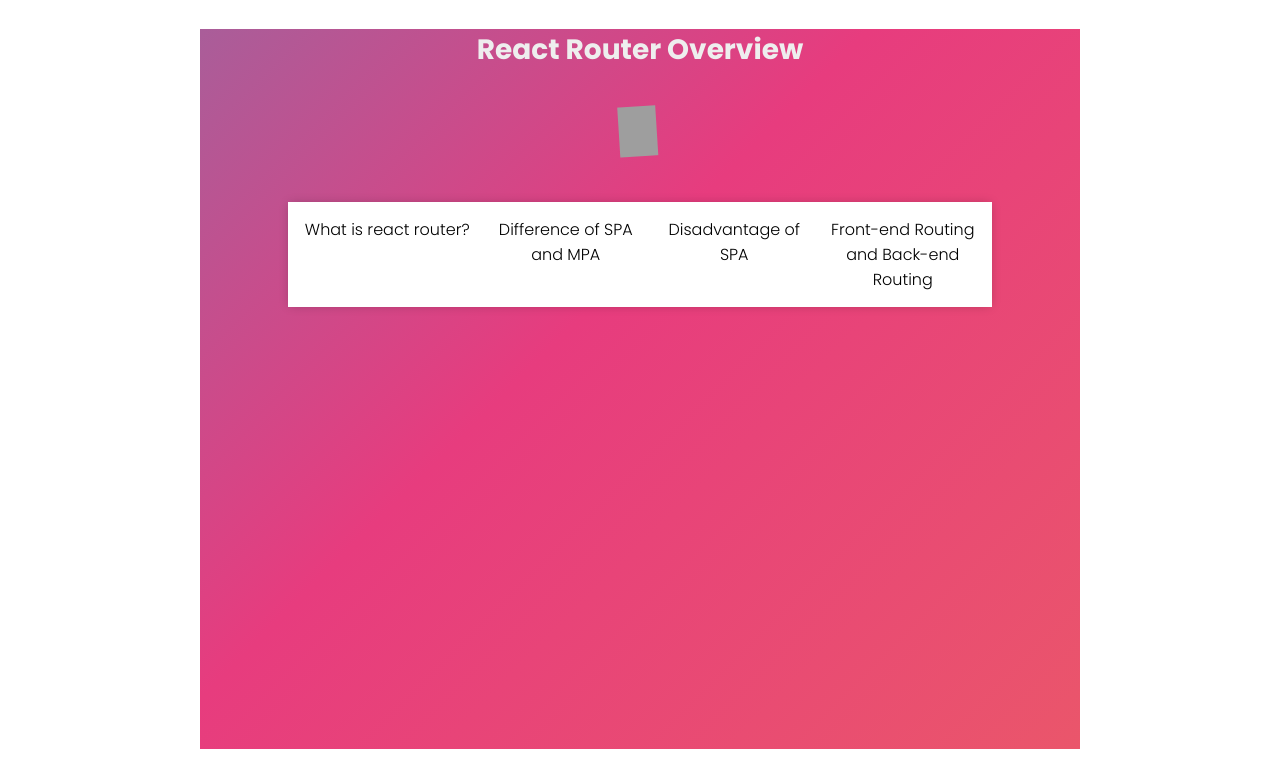
Repository: nguy3nds/2021-18-9-react
Page: /Why
An editor plug-in stored every save of this project. The page is shown before and after the next save, followed by the edit.
The browser window is 1280 px wide. The pictures show the whole page.
Pictures or frames that could not be fetched are drawn as grey boxes. The project was rebuilt for these pictures with package versions that can differ from the ones it lists, and the page was loaded fresh each time. Also part of the build but not shown: src/components/What.js, src/components/Why.js, src/components/How.js, src/components/Tung.js.

Above is the page before, as saved 2021-09-20 08:43:44.

After the next save:
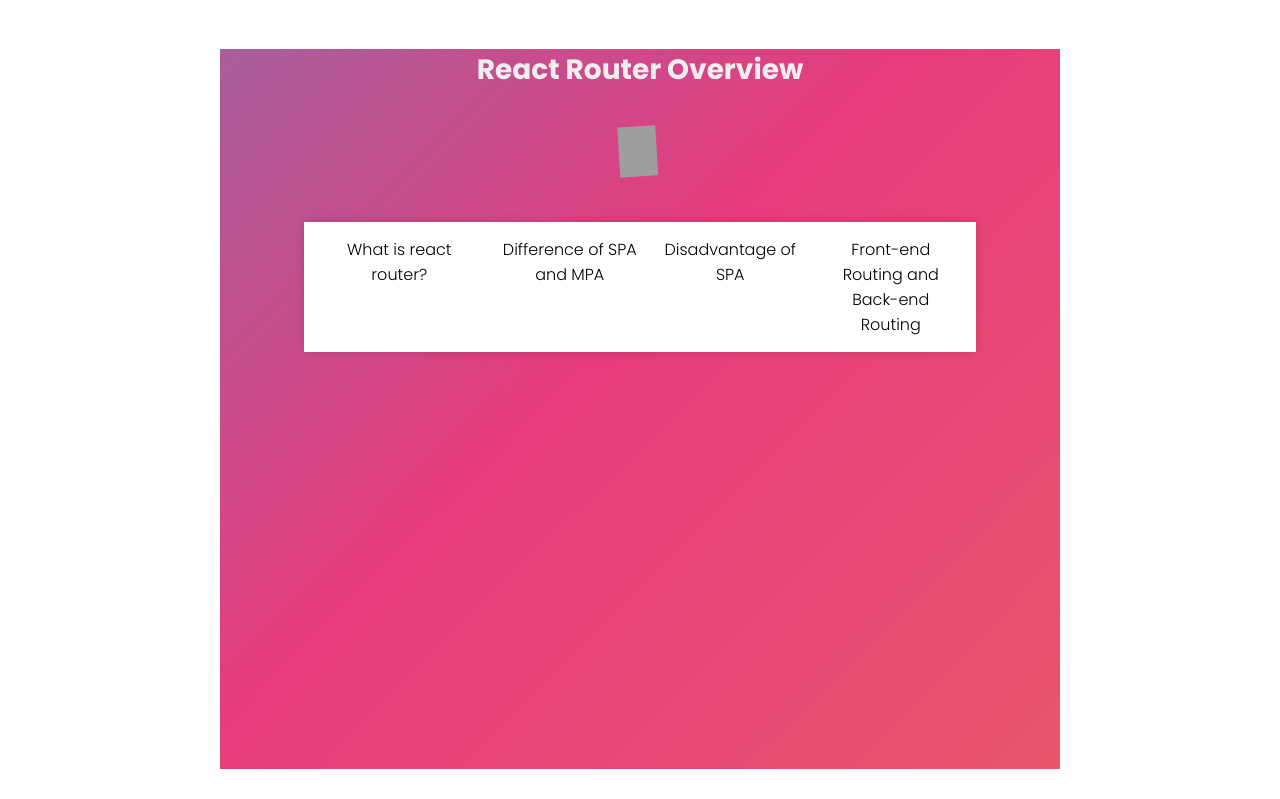
Saved 9 s later.
--- a/src/App.css
+++ b/src/App.css
@@ -27,7 +27,7 @@ body {
   font-weight: 300;
   width: 900px;
   margin: 0 auto;
-  padding: 10px;
+  padding: 30px;
 }
 
 img {
